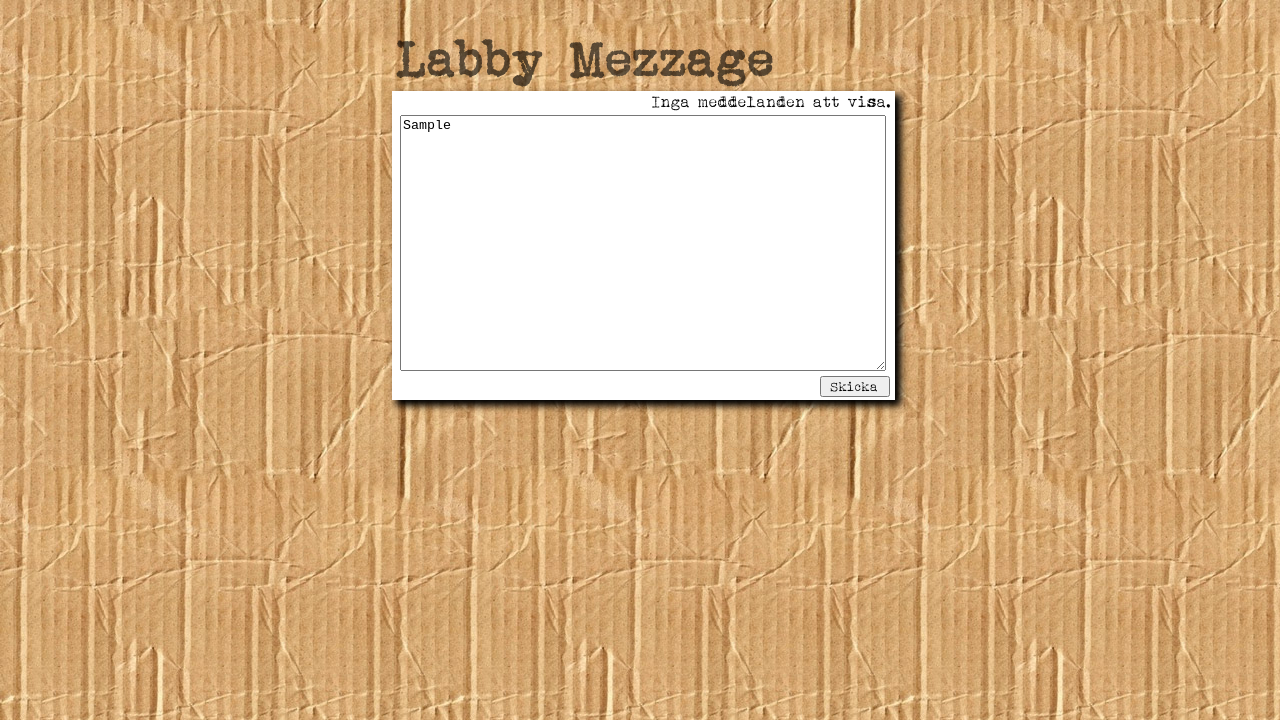
Repository: mw222rs/1dv403-laborationer
Page: 2-labbymezzage/index.html
The author's editor kept a record of every edit. The page is drawn from the files as they stood at one moment, then again after the next edit.
The browser window is 1280 px wide. The pictures show the whole page.
Empty fields were first filled with sample values (such as "Sample", 5 or name@example.com).
After loading, the first visible `#send` was clicked once.

Above is the page before.
Console error: TypeError: Cannot set properties of null (setting 'innerHTML')

### 2-labbymezzage/index.html
<!DOCTYPE html>
<html lang="sv">
<head>
	<meta charset="UTF-8" />
	<link rel="stylesheet" type="text/css" href="css/style.css" media="screen, projection, handheld">
	<title>Labby Mezzage</title>
	<script src="script/main.js"></script>
	<script src="script/message.js"></script>
</head>
    <body>
        <div id="page">
            <h1>Labby Mezzage</h1>
            <div id="messageArea">
            </div><!-- /end #messageArea tag -->

            <div id="board">
                <p id="counter"></p>
                <form>
         			<textarea name="text" placeholder="Vänligen skriv ditt meddelande här." id="textArea"></textarea><input id="send" type="submit" value="Skicka" />
         			<p id="value"></p>
        		</form>
            </div><!-- /end #board tag -->
        </div><!-- /end #page tag -->
    </body>
</html>

### 2-labbymezzage/css/style.css
/* Start CSS-Reset */

/* http://meyerweb.com/eric/tools/css/reset/
   v2.0 | 20110126
   License: none (public domain)
*/

html, div, span, applet, object, iframe,
h2, h3, h4, h5, h6, p, blockquote, pre,
a, abbr, acronym, address, big, cite, code,
del, dfn, em, img, ins, kbd, q, s, samp,
small, strike, strong, sub, sup, tt, var,
b, u, i, center,
dl, dt, dd, ol, ul, li,
fieldset, form, label, legend,
table, caption, tbody, tfoot, thead, tr, th, td,
article, aside, canvas, details, embed,
figure, figcaption, footer, header, hgroup,
menu, nav, output, ruby, section, summary,
time, mark, audio, video {
	margin: 0;
	padding: 0;
	border: 0;
	font-size: 100%;
	font: inherit;
	vertical-align: baseline;
}
/* HTML5 display-role reset for older browsers */
article, aside, details, figcaption, figure,
footer, header, hgroup, menu, nav, section {
	display: block;
}
body {
	line-height: 1;
}
ol, ul {
	list-style: none;
}
blockquote, q {
	quotes: none;
}
blockquote:before, blockquote:after,
q:before, q:after {
	content: '';
	content: none;
}
table {
	border-collapse: collapse;
	border-spacing: 0;
}

/* End of CSS-Reset */

@font-face {
    font-family: typewriter;
    src: url( 'Albertsthal_Typewriter.ttf' );
}
body {
    background: #DBDBD6;
	background-image: url(10.jpg);
    padding: 0px;
}
h1 {
	color: rgba(0, 0, 0, 0.6);
    font-family: typewriter;
    font-size: 50px;
    padding-left: 5px;
    margin-bottom: 0;
}
#page {
	margin: 20px auto 20px;
	width: 497px;
}
#messageArea p {
	font-family: typewriter;
	background: #FFF;
	width: 100%;
	margin-top: 7px;
	padding: 3px;
	box-shadow: 5px 5px 7px 1px #000;
}
.date {
	text-align: right;
	font-size: small;
}
#board {
	background: #FFF;
	width: 100%;
	margin-top: 7px;
	padding: 3px;
	box-shadow: 5px 5px 7px 1px #000;
}
#counter {
	text-align: right;
	font-family: typewriter;
}
textarea {
	display: block;
	margin: 5px auto;
	width: 480px;
	height: 250px;
}
input[type="submit"] {
	font-family: typewriter;
	margin-left: 425px;
	width: 70px;
}

### 2-labbymezzage/script/main.js
"use strict";

var labbyMezzage = {

    messages: [],
    count: 0,

    init:function()
    {

	var input = document.querySelector("#textArea");
	var submit = document.querySelector("#send");
	var counter = document.querySelector("#counter");

	counter.innerHTML = "Inga meddelanden att visa.";

	submit.addEventListener("click", function(e){
		e.preventDefault();

		labbyMezzage.createMessage(input.value);

		labbyMezzage.renderMessages();

		//div.innerHTML = labbyMezzage.renderMessages();

		counter.innerHTML = "Antal meddelanden: "+labbyMezzage.count;


	});

    },
    createMessage: function(input)
    {
        var createdMessage = new Message(input, new Date());

        this.messages.push(createdMessage);
        this.count = this.messages.length;
    },
    renderMessage: function(messageId){
        var div = document.querySelector("#messageArea");
        var textTwo = document.createElement("p");
        textTwo.innerHTML = this.messages[messageId].getHTMLText();
        div.appendChild(textTwo);
    },
    renderMessages: function(){

        document.getElementById("").innerHTML = "";

        labbyMezzage.messages.forEach(function(value, id){
		    labbyMezzage.renderMessage(id);
		});

    }
};
window.onload = labbyMezzage.init;

### 2-labbymezzage/script/message.js
"use strict";

function Message(message, date){

    this._text = message;

    this._date = date;

    this.getText = function(){
        message = message.replace(/(\n)/g, "<br>");
        return message;
    }

    this.setText = function(_text){
        message = _text;
    }

    this.getDate = function(form){
        if (form === "simple") {
            return date.getFullYear()+"-"+(date.getMonth()+1)+"-"+date.getDate();
        }
        else {
            return date;
        }

    }

    this.setDate = function(_date){
        date = _date;
    }
}


Message.prototype.toString = function(){
    return this.getText()+" ("+this.getDate()+") ";
};

Message.prototype.getHTMLText = function(){
    return this.getText()+"<p class=\"date\">"+this.getDate("simple")+"</p>";
};

After the next edit:
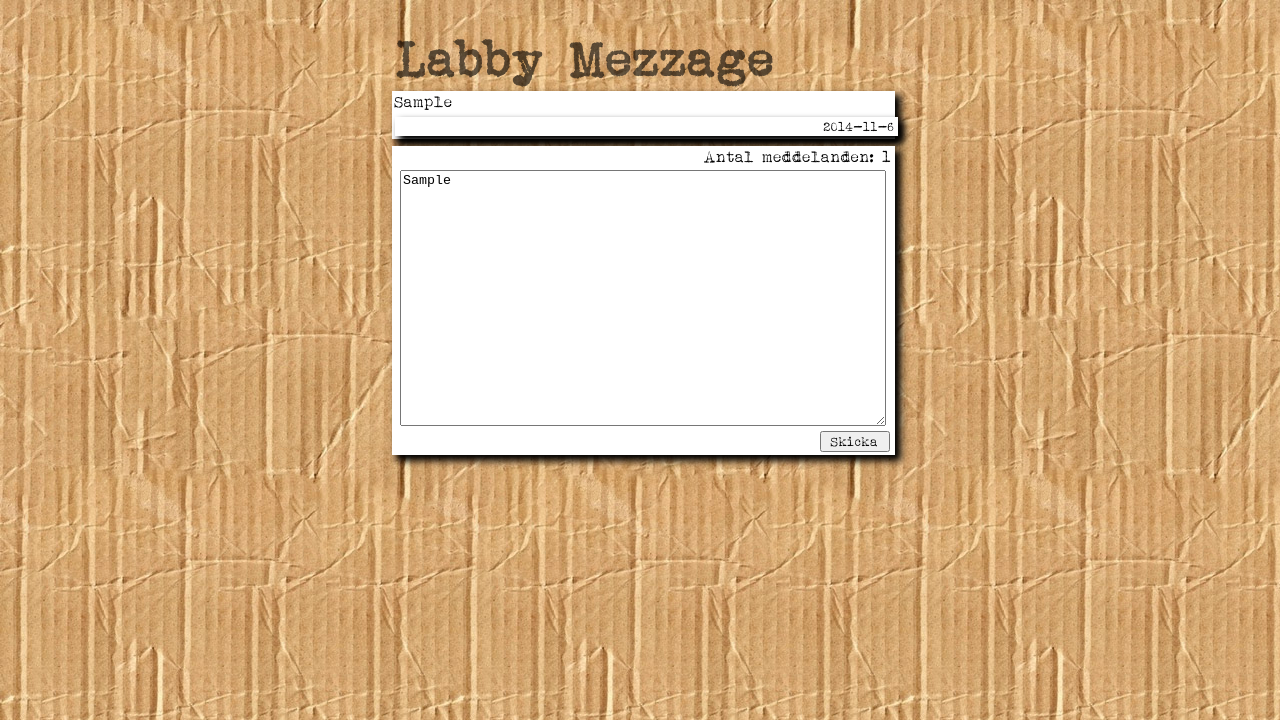
The error is gone.
The edit:
--- a/2-labbymezzage/script/main.js
+++ b/2-labbymezzage/script/main.js
@@ -44,7 +44,7 @@
     },
     renderMessages: function(){
 
-        document.getElementById("").innerHTML = "";
+        document.getElementById("messageArea").innerHTML = "";
 
         labbyMezzage.messages.forEach(function(value, id){
 		    labbyMezzage.renderMessage(id);
